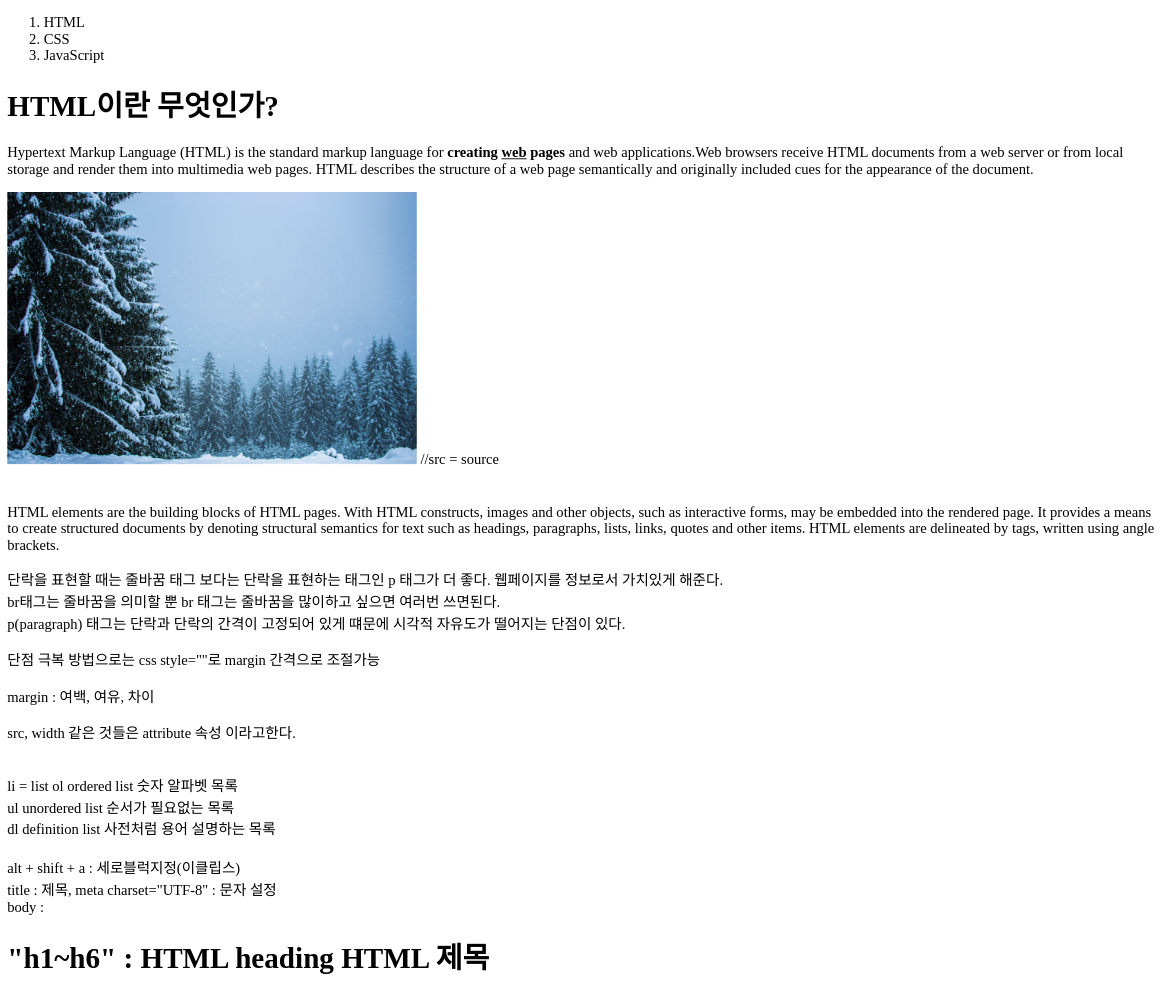
Repository: winterer4/Web-1
Page: HTML5/1.html
These files come from the project's save history. The page is drawn as it stood at one moment and after the next save; the edit follows.
The browser window is 1280 px wide. The pictures show the whole page, at 91% of full size.

Above is the page before, as saved 2018-10-29 05:58:44.

After the next save:
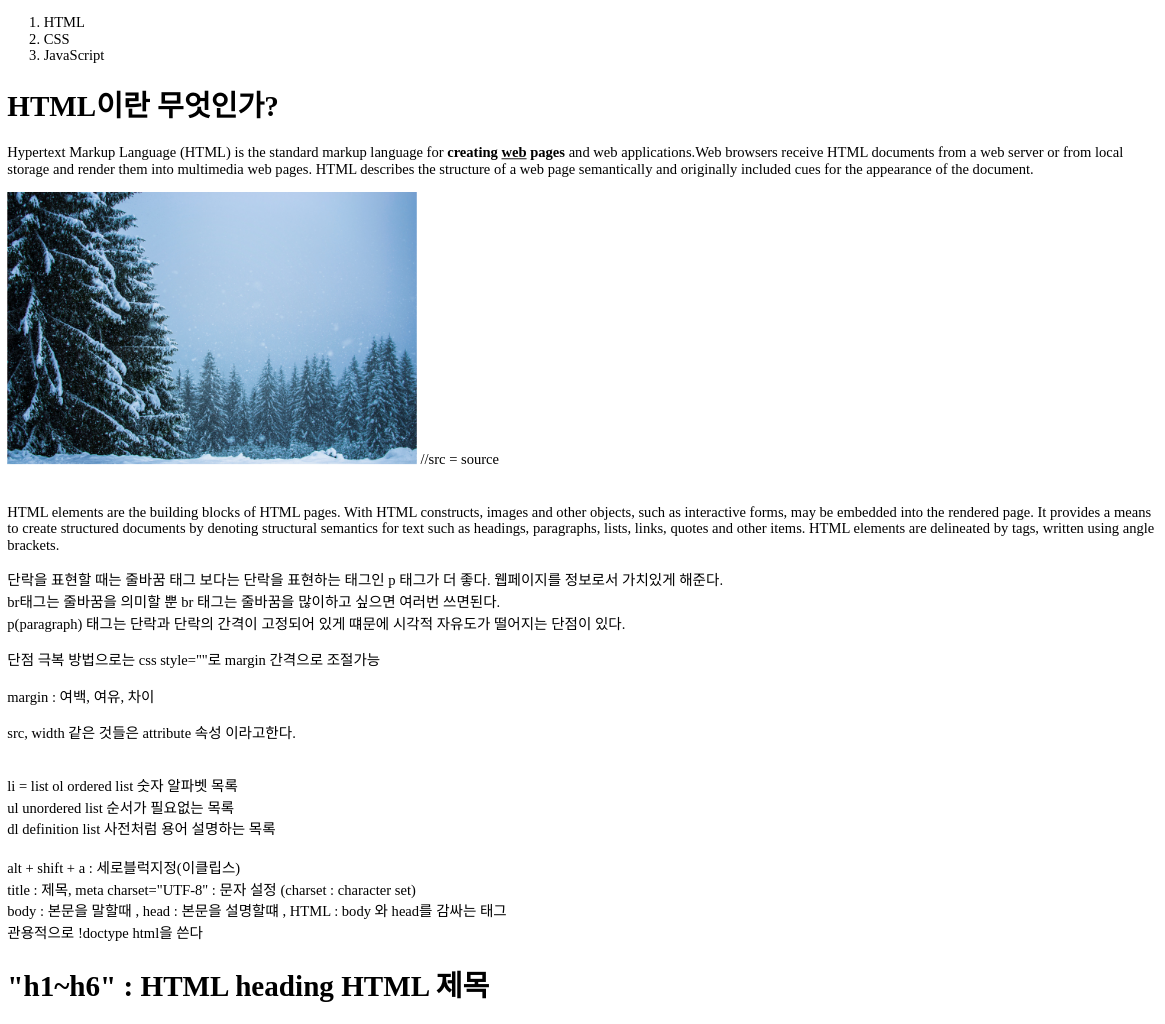
Saved 8 min 58 s later.
--- a/HTML5/1.html
+++ b/HTML5/1.html
@@ -47,8 +47,9 @@
 	 ul unordered list 순서가 필요없는 목록<br>
 	 dl definition list 사전처럼 용어 설명하는 목록<br>
 	  <br>alt + shift + a : 세로블럭지정(이클립스)
-	  <br> title : 제목, meta charset="UTF-8" : 문자 설정
-	  <br> body  :
+	  <br> title : 제목, meta charset="UTF-8" : 문자 설정 (charset : character set)
+	  <br> body  : 본문을 말할때 , head : 본문을 설명할떄 , HTML : body 와 head를 감싸는 태그
+	  <br> 관용적으로 !doctype html을 쓴다
 
 
 </body>
